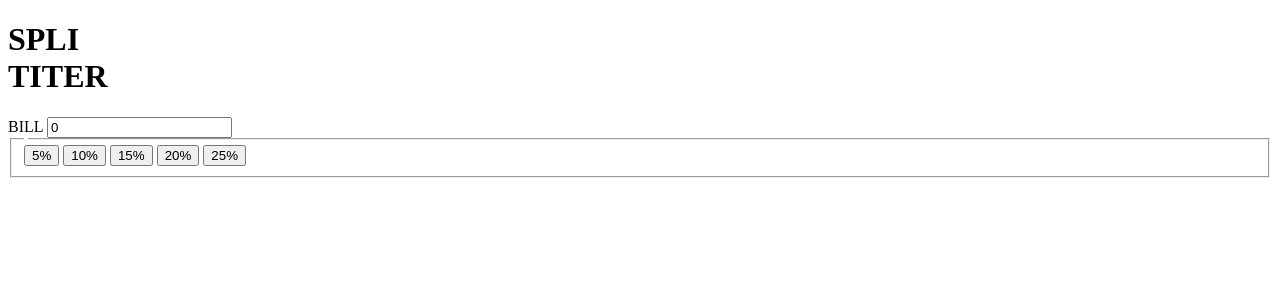
Repository: kellyjohanasalb/calduladora
Page: index.html
The author's editor kept a copy of each file at every save. The page is drawn from the files as they stood at one save, then again after the next save.
The browser window is 1280 px wide. The pictures show the whole page.

Above is the page before, as saved 2023-08-15 21:02:52.

After the next save:
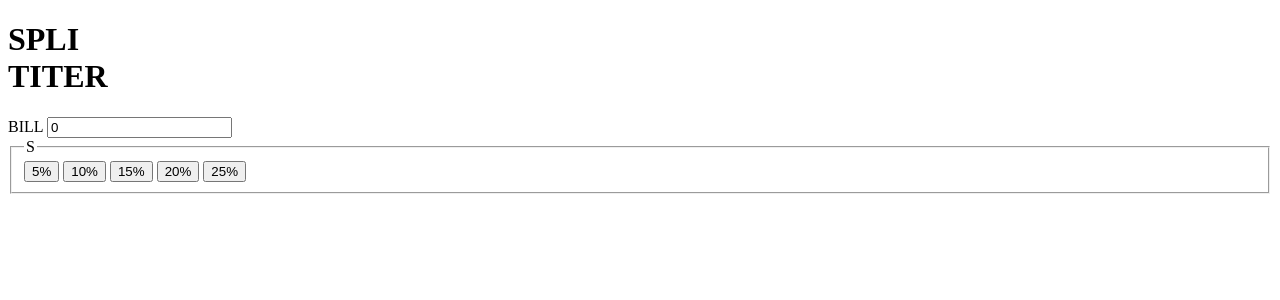
Saved 12 s later.
--- a/index.html
+++ b/index.html
@@ -15,7 +15,7 @@
             <input id="bill"  class="inputs-section__bill-input" type="nukber"  value="0">
 
             <fieldset clas="btns">
-                <legend></legend>
+                <legend>S</legend>
                 <button type="">5%</button>
                 <button type="">10%</button>
                 <button type="">15%</button>
